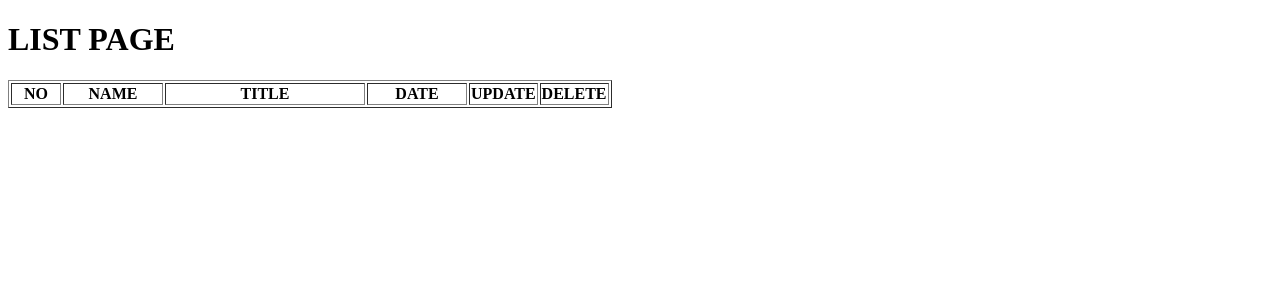
Repository: junewjdtn/TIL
Page: http://localhost/Jsp01_MyBoard/
An editor plug-in stored every save of this project. The page is shown before and after the next save, followed by the edit.
The browser window is 1280 px wide. The pictures show the whole page.
The page is served by Tomcat 9. Queries for data that is not in the repository find no rows.

Above is the page before, as saved 2022-05-25 06:30:00.

After the next save:
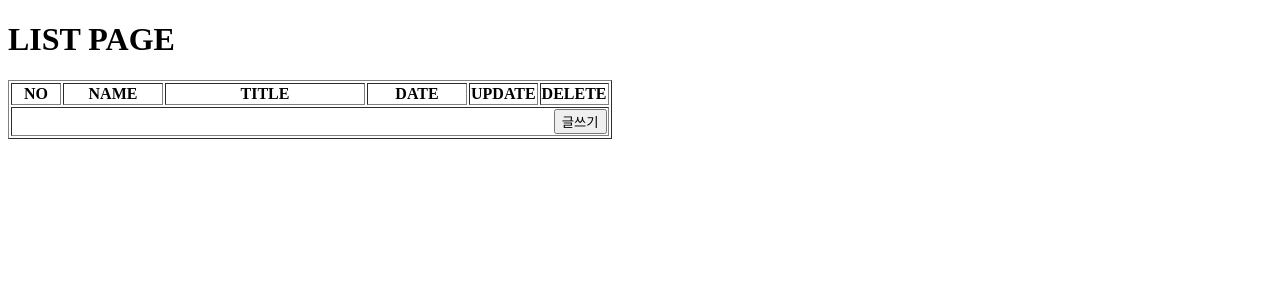
Saved 86 s later.
--- a/Server/5_Web/Jsp01_MyBoard/WebContent/mylist.jsp
+++ b/Server/5_Web/Jsp01_MyBoard/WebContent/mylist.jsp
@@ -50,7 +50,11 @@
 <%
 		}
 %>
-
+		<tr>
+			<td colspan="6" align="right">
+				<button onclick="">글쓰기</button>
+			</td>
+		</tr>
 	</table>
 
 </body>
